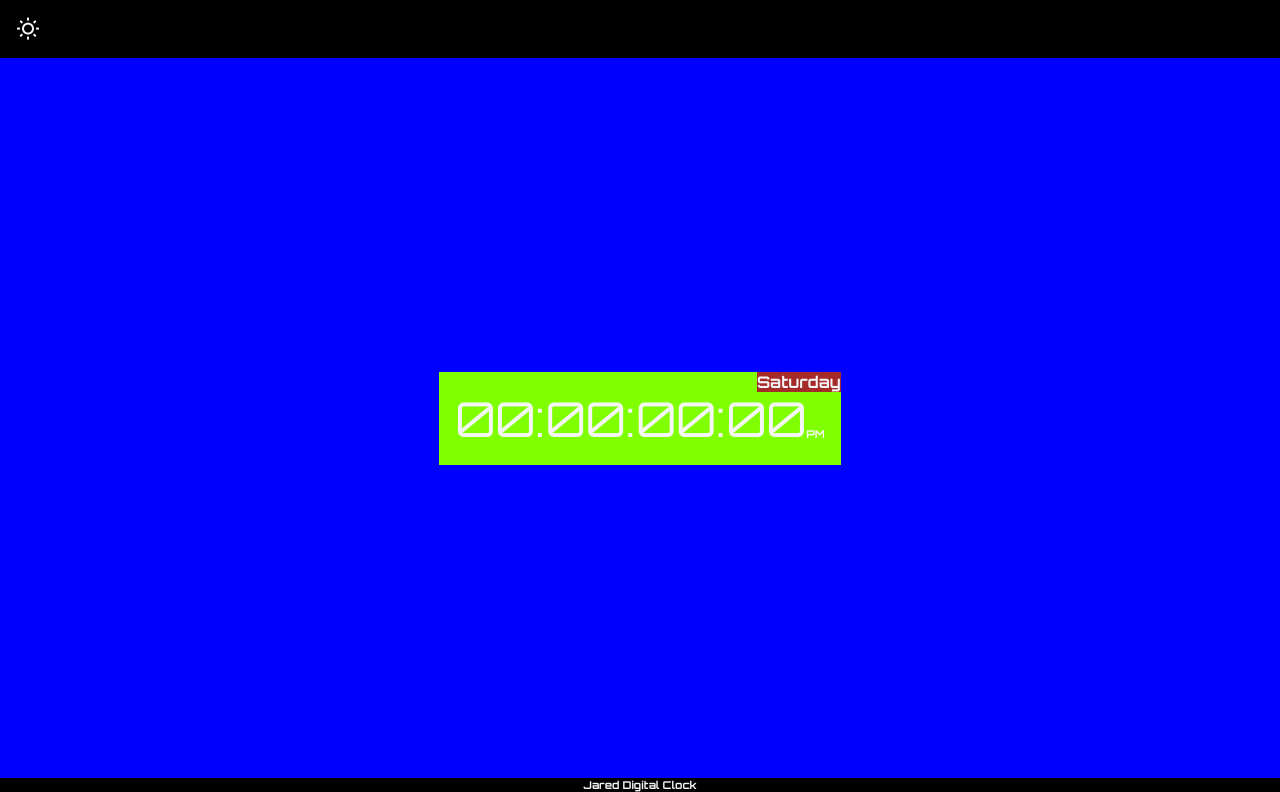
Repository: EguJaredoBoyd/Jared-Digital-Clock
Page: index.html
The author's editor kept a copy of each file at every save. The page is drawn from the files as they stood at one save, then again after the next save.
The browser window is 1280 px wide. The pictures show the whole page.
Some web libraries are served in a nearby version.

Above is the page before, as saved 2026-01-04 22:34:56.

### index.html
<!DOCTYPE html>
<html lang="en">
  <head>
    <meta charset="UTF-8" />
    <meta name="viewport" content="width=device-width, initial-scale=1.0" />
    <link rel="stylesheet" href="./css/styles.css" />
    <link
      href="https://cdn.jsdelivr.net/npm/remixicon@4.8.0/fonts/remixicon.css"
      rel="stylesheet"
    />
    <link rel="preconnect" href="https://fonts.googleapis.com" />
    <link rel="preconnect" href="https://fonts.gstatic.com" crossorigin />
    <link
      href="https://fonts.googleapis.com/css2?family=Orbitron:wght@400..900&display=swap"
      rel="stylesheet"
    />
    <script src="./js/theme.js" defer></script>
    <title>Document</title>
  </head>
  <body>
    <div class="digital-clock">
      <header>
        <button id="theme-toggle"><i class="ri-sun-line"></i></button>
      </header>

      <main>
        <div class="watch-container">
          <!-- <div class="watch-container__day">
            <h4>Saturday</h4>
          </div> -->
          <div class="watch-container__time">
            <p>00:00:00:00</p>
            <h4>Saturday</h4>
            <h6>PM</h6>
          </div>
        </div>
      </main>

      <footer>
        <h6>Jared Digital Clock</h6>
      </footer>
    </div>
  </body>
</html>

### css/styles.css
* {
  margin: 0;
  padding: 0;
  box-sizing: border-box;
}

:root {
  --primary-color: black;
  --text-color: whitesmoke;

  /* Light-mode color variables */
  --light-mode: whitesmoke;
  --light-text: black;

  /* Button color font */
  --button-color: var(--text-color);
}

html {
  font-size: 16px;
  background-color: var(--primary-color);
}

.light-mode {
  background-color: var(--light-mode);
  color: var(--light-text);
  --button-color: var(--light-text);
}

body {
  color: var(--text-color);
  background-color: var(--primary-color);
  font-family: "Orbitron", sans-serif;
  width: 100%;
}

header {
  padding: 1rem;
}

header button {
  background: none;
  border: none;
}

header button i {
  font-size: 1.5rem;
  color: var(--button-color);
}

.digital-clock {
  height: 100%;
  width: 100%;
  display: flex;
  flex-direction: column;
  align-content: space-between;
  max-width: 100%;
}

.watch-container {
  display: flex;
  flex-direction: column;
  justify-content: center;
  align-items: center;
  height: 100vh;
  width: 100%;
  max-width: 100%;
  position: relative;
  background-color: blue;
}

.watch-container__day {
  width: 100%;
  max-width: 100%;
  display: flex;
  justify-content: end;
  background-color: red;
}

.watch-container__time {
  display: flex;
  max-width: 100%;
  padding: 1rem;
  margin: 1rem;
  max-width: 100%;
  background-color: chartreuse;
  position: relative;
}

.watch-container__time h4 {
  position: absolute;
  right: 0;
  top: 0;
  margin-bottom: 1rem;
  background-color: brown;
}

.watch-container__time p {
  font-size: 3rem;
}

.watch-container__time h6 {
  align-self: self-end;
  padding-bottom: 0.5rem;
}

footer h6 {
  text-align: center;
}

### js/theme.js
//Target the button element for the theme
const themeToggle = document.getElementById("theme-toggle");

//Create a function to handle the switching of themes
function switchThemeMode() {
  themeToggle.addEventListener("click", () => {
    document.body.classList.toggle("light-mode");
  });
}

switchThemeMode();

After the next save:
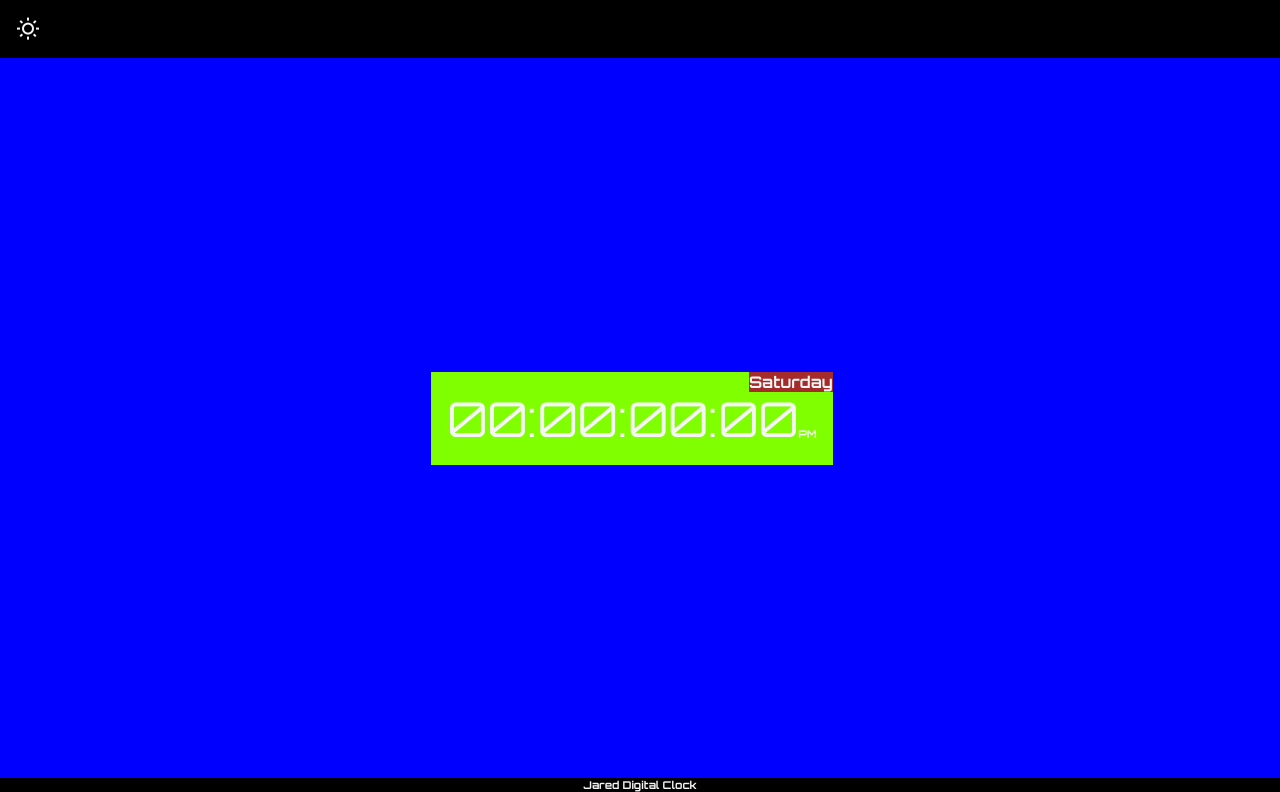
Saved 22 s later.
--- a/css/styles.css
+++ b/css/styles.css
@@ -81,7 +81,7 @@ header button i {
   display: flex;
   max-width: 100%;
   padding: 1rem;
-  margin: 1rem;
+  margin-right: 1rem;
   max-width: 100%;
   background-color: chartreuse;
   position: relative;
